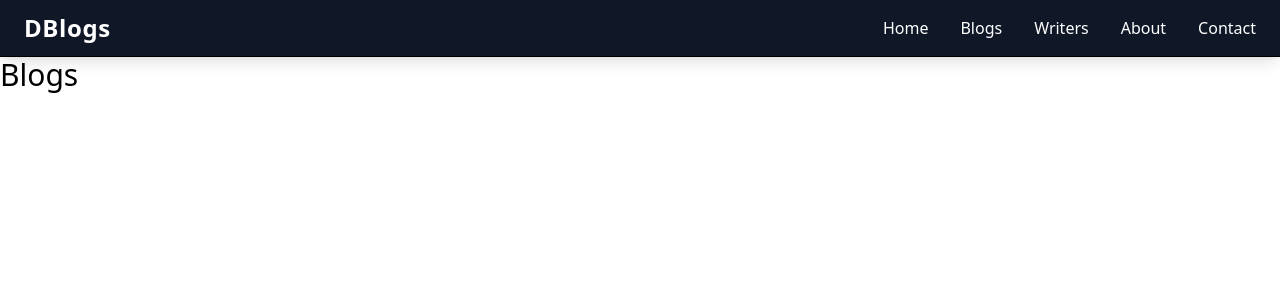
Repository: Devanshk9/DBlogs
Page: /blogs (app in client/)
These files come from the project's save history. The page is drawn as it stood at one moment and after the next save; the edit follows.
The browser window is 1280 px wide. The pictures show the whole page.
The page's requests for data from a server got no answer. The project was rebuilt for these pictures with package versions that can differ from the ones it lists, and the page was loaded fresh each time. No one was signed in, and anything a server would have sent is missing. Also part of the build but not shown: client/vite.config.js, client/src/pages/Writers.jsx.

Above is the page before, as saved 2025-08-31 21:11:51.

### client/src/App.jsx
import React from 'react'
import {
  createBrowserRouter,
  createRoutesFromElements,
  Route,
  RouterProvider,
} from "react-router-dom";
import Blogs from "./pages/Blogs"
import Writers from "./pages/Writers"
import Root from "./pages/Root"

const router = createBrowserRouter(
  createRoutesFromElements(
    <Route path="/" element={<Root />}>
      <Route path="blogs" element={<Blogs />} />
      <Route path="writers" element={<Writers />} />
    </Route>
  )
);

const App = () => {
  return (
    <React.StrictMode>
    <RouterProvider router={router} />
    </React.StrictMode>
  )
}

export default App

### client/src/pages/Blogs.jsx
import { useEffect, useState } from "react";

function Blogs() {
  const [blogs, setBlogs] = useState([]);

  useEffect(() => {
    fetch("http://localhost:5001/blogs") // backend
      .then(res => res.json())
      .then(data => setBlogs(data))
      .catch(err => console.error(err));
  }, []);

  return (
    <div className="flex items-center">
      <h1 className="text-3xl ">Blogs</h1>
      {blogs.map(b => (
        <div key={b.blog_id}>
          <h2>{b.title}</h2>
          <p>{b.content}</p>
          <small>By {b.username}</small>
        </div>
      ))}
    </div>
  );
}

export default Blogs;

### client/src/pages/Root.jsx
import { Outlet, Link } from "react-router-dom";
import Navbar from '../components/Navbar';

function Root() {
  return (
    <div>
      {/* <nav>
        <Link to="/blogs">Blogs</Link> |{" "}
        <Link to="/writers">Writers</Link>
      </nav> */}
      <Navbar/>
      <hr />
      <Outlet />
    </div>
  );
}

export default Root;

### client/src/components/Navbar.jsx
import React, { useState } from "react";
import { Link } from "react-router-dom";
import { Menu, X } from "lucide-react"; // icons

const Navbar = () => {
  const [isOpen, setIsOpen] = useState(false);

  return (
    <nav className="bg-gray-900 text-white shadow-lg">
      <div className="container mx-auto px-6 py-3 flex justify-between items-center">
        {/* Logo */}
        <h1 className="text-2xl font-bold tracking-wide cursor-pointer">
          DBlogs
        </h1>

        {/* Desktop Menu */}
        <ul className="hidden md:flex space-x-8 font-medium">
          <li>
            <Link
              to="/"
              className="hover:text-yellow-400 transition-colors duration-200"
            >
              Home
            </Link>
          </li>
          <li>
            <Link
              to="/blogs"
              className="hover:text-yellow-400 transition-colors duration-200"
            >
              Blogs
            </Link>
          </li>
          <li>
            <Link
              to="/writers"
              className="hover:text-yellow-400 transition-colors duration-200"
            >
              Writers
            </Link>
          </li>
          <li>
            <Link
              to="/about"
              className="hover:text-yellow-400 transition-colors duration-200"
            >
              About
            </Link>
          </li>
          <li>
            <Link
              to="/contact"
              className="hover:text-yellow-400 transition-colors duration-200"
            >
              Contact
            </Link>
          </li>
        </ul>

        {/* Mobile Menu Button */}
        <button
          onClick={() => setIsOpen(!isOpen)}
          className="md:hidden focus:outline-none"
        >
          {isOpen ? <X size={28} /> : <Menu size={28} />}
        </button>
      </div>

      {/* Mobile Dropdown */}
      {isOpen && (
        <div className="md:hidden bg-gray-800">
          <ul className="flex flex-col items-center space-y-4 py-4 font-medium">
            <li>
              <Link
                to="/"
                className="hover:text-yellow-400 transition-colors duration-200"
                onClick={() => setIsOpen(false)}
              >
                Home
              </Link>
            </li>
            <li>
              <Link
                to="/blogs"
                className="hover:text-yellow-400 transition-colors duration-200"
                onClick={() => setIsOpen(false)}
              >
                Blogs
              </Link>
            </li>
            <li>
              <Link
                to="/writers"
                className="hover:text-yellow-400 transition-colors duration-200"
                onClick={() => setIsOpen(false)}
              >
                Writers
              </Link>
            </li>
            <li>
              <Link
                to="/about"
                className="hover:text-yellow-400 transition-colors duration-200"
                onClick={() => setIsOpen(false)}
              >
                About
              </Link>
            </li>
            <li>
              <Link
                to="/contact"
                className="hover:text-yellow-400 transition-colors duration-200"
                onClick={() => setIsOpen(false)}
              >
                Contact
              </Link>
            </li>
          </ul>
        </div>
      )}
    </nav>
  );
};

export default Navbar;

Loaded but not shown: client/index.html (common file); client/src/main.jsx (common file); client/src/index.css (common file)

After the next save:
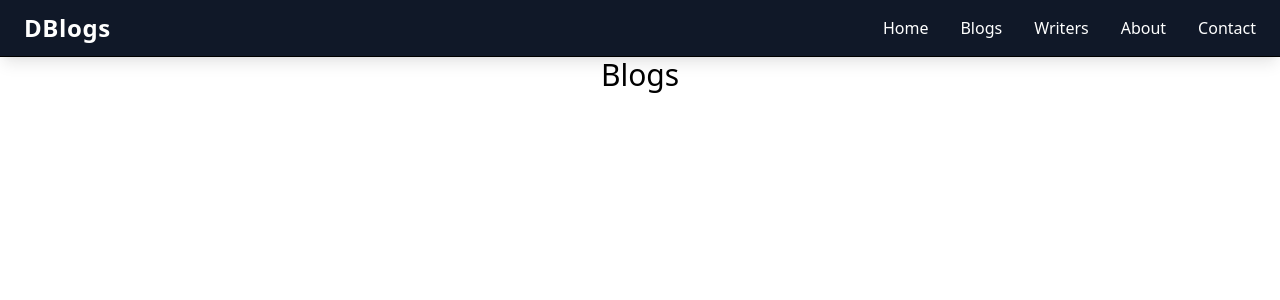
Saved 19 s later.
--- a/client/src/pages/Blogs.jsx
+++ b/client/src/pages/Blogs.jsx
@@ -11,7 +11,7 @@
   }, []);
 
   return (
-    <div className="flex items-center">
+    <div className="flex flex-col items-center">
       <h1 className="text-3xl ">Blogs</h1>
       {blogs.map(b => (
         <div key={b.blog_id}>
